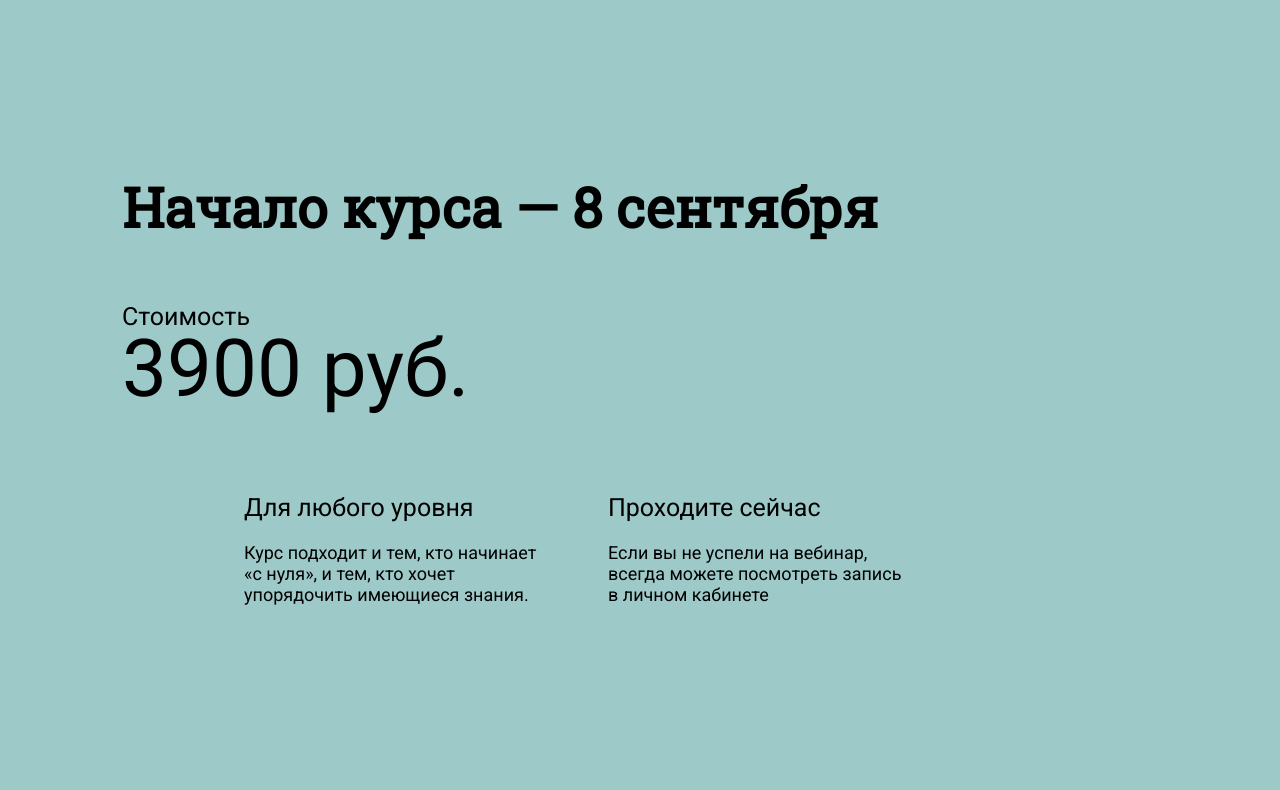
Repository: NatiqSamiyev/fiqma-task3
Page: index.html
An editor plug-in stored every save of this project. The page is shown before and after the next save, followed by the edit.
The browser window is 1280 px wide. The pictures show the whole page.

Above is the page before, as saved 2023-08-09 13:19:36.

### index.html
<!DOCTYPE html>
<html lang="en">
  <head>
    <meta charset="UTF-8" />
    <meta name="viewport" content="width=device-width, initial-scale=1.0" />
    <link rel="stylesheet" href="index.css" />
    <title>Document</title>
  </head>
  <body>
    <div class="container">
      <h1>Начало курса — 8 сентября</h1>
      <h2>Стоимость</h2>
      <h3>3900 руб.</h3>
      <ul>
        <li>
          <h5>Для любого уровня</h5>
          <p>
            Курс подходит и тем, кто начинает «с нуля», и тем, кто хочет
            упорядочить имеющиеся знания.
          </p>
        </li>

        <li>
          <h5>Проходите сейчас</h5>
          <p>
            Если вы не успели на вебинар, всегда можете посмотреть запись в
            личном кабинете
          </p>
        </li>
      </ul>

    </div>
  </body>
</html>

### index.css
@import url("https://fonts.googleapis.com/css2?family=Roboto+Slab&family=Roboto:wght@400;700&display=swap");
* {
  margin: 0;
  padding: 0;
  box-sizing: border-box;
}

.container {
  width: 100%;
  min-height: 100vh;
  padding: 179px 0 185px 122px;
  background: #9dc9c8;
}

.container h1 {
  /* padding: 179px 410px 0 122px; */
  margin-bottom: 69px;
  color: #000;
  font-family: Roboto Slab;
  font-size: 55px;
  font-style: normal;
  font-weight: 700;
  line-height: 101.385%;
}

.container h2 {
  /* padding: 69px 1148px 0 122px; */
  color: #000;
  font-family: Roboto;
  font-size: 25px;
  font-style: normal;
  font-weight: 400;
  line-height: 101.385%;
}

.container h3 {
  /* padding: 9px 837px 0 122px; */
  color: #000;
  font-family: Roboto;
  font-size: 80px;
  font-style: normal;
  font-weight: 400;
  line-height: 101.385%;
}

.container ul {
  padding-left: 122px;
  display: flex;
  text-decoration: none;
}

.container ul li {
  padding: 83px 70px 0 0px;
  list-style-type: none;
}

.container h5 {
  padding-bottom: 20px;
  font-family: Roboto;
  font-size: 25px;
  font-style: normal;
  font-weight: 400;
}

.container p {
  width: 294px;
  font-family: Roboto;
  font-size: 18px;
  font-style: normal;
  font-weight: 400;
}

After the next save:
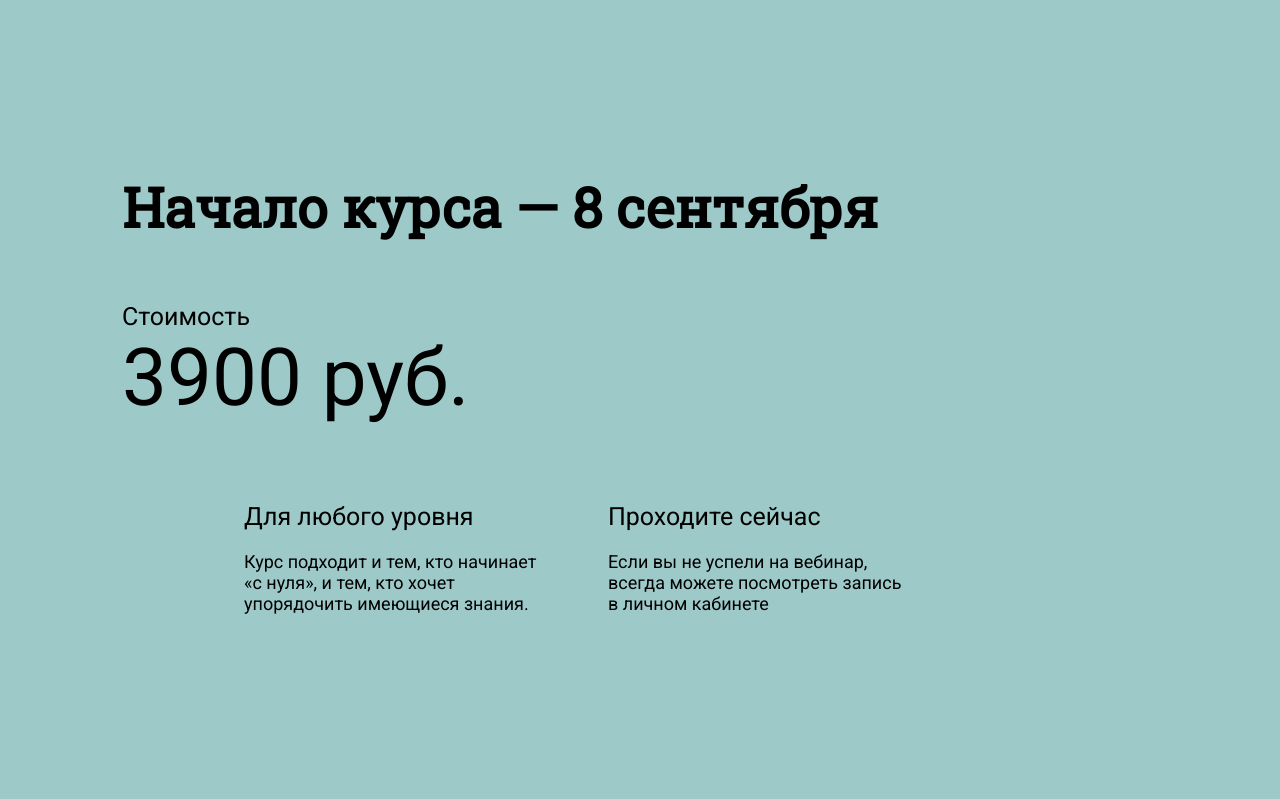
Saved 21 s later.
--- a/index.css
+++ b/index.css
@@ -25,6 +25,7 @@
 
 .container h2 {
   /* padding: 69px 1148px 0 122px; */
+  margin-bottom: 9px;
   color: #000;
   font-family: Roboto;
   font-size: 25px;
